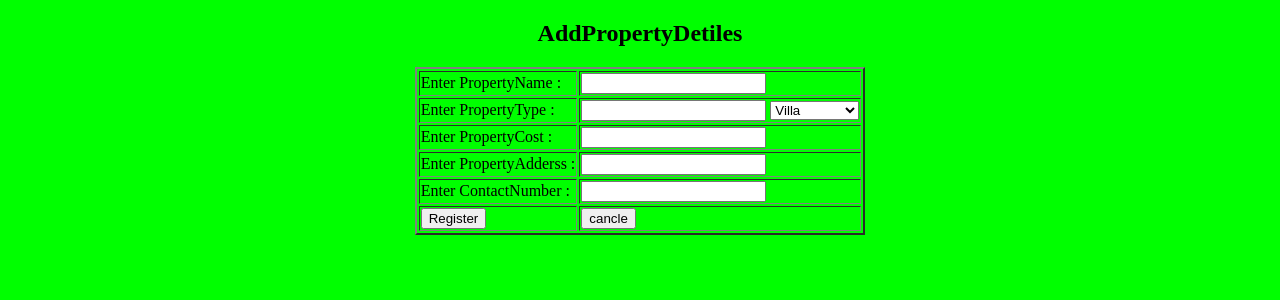
Repository: khadri2021/A2023_Task_Property_Management
Page: http://localhost/AdderssMakersWeb/Add.jsp
An editor plug-in stored every save of this project. The page is shown before and after the next save, followed by the edit.
The browser window is 1280 px wide. The pictures show the whole page.
The page is served by Tomcat 9.

Above is the page before, as saved 2024-02-11 11:34:00.

After the next save:
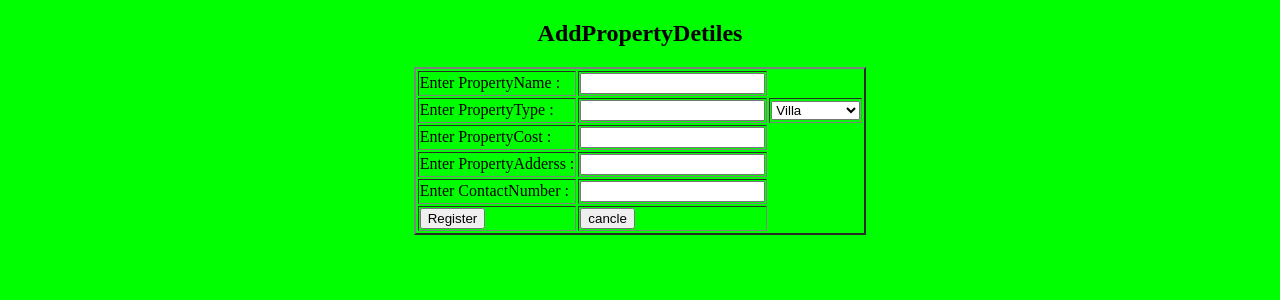
Saved 7 min 30 s later.
--- a/AdderssMakersWeb/WebContent/Add.jsp
+++ b/AdderssMakersWeb/WebContent/Add.jsp
@@ -19,7 +19,8 @@
 </tr>
 <tr>
 <td>Enter PropertyType :</td>
-<td><input type="text" name="ProType">
+<td><input type="text" name="ProType"></td>
+<td>
 <select name="Types">
 <option value="Villa">Villa
 <option value="Gesthouse">GestHouse
